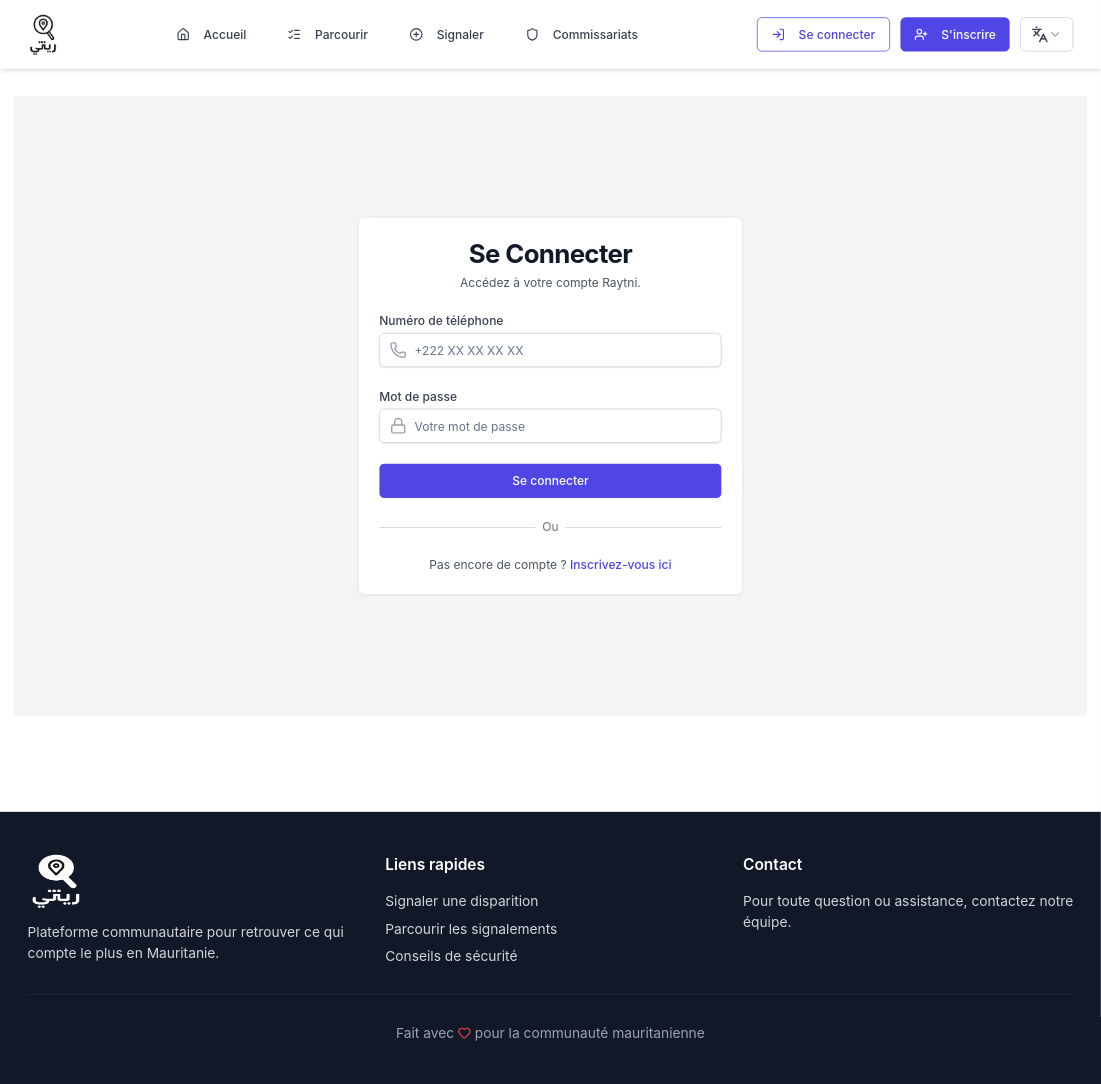
Repository: DahSidiAbdallah/Raytni
Page: /signin
The author's editor kept a copy of each file at every save. The page is drawn from the files as they stood at one save, then again after the next save.
The browser window is 1280 px wide. The pictures show the whole page, at 86% of full size.
The project was rebuilt for these pictures with package versions that can differ from the ones it lists, and the page was loaded fresh each time. Also part of the build but not shown: vite.config.ts, src/components/ui/tooltip.tsx, src/components/HeroSection.tsx, src/components/ui/textarea.tsx, src/components/CreatePostForm.tsx, src/components/LoadingSpinner.tsx, src/pages/Index.tsx, src/pages/NotFound.tsx and 8 more.

Above is the page before, as saved 2025-05-29 09:26:03.

### index.html
<!DOCTYPE html>
<html lang="en">
  <head>
    <meta charset="UTF-8" />
    <meta name="viewport" content="width=device-width, initial-scale=1.0" />
    <title>Raytni</title>
    <link rel="icon" type="image/png" href="/logo.png"/>
    <link rel="stylesheet" href="https://cdnjs.cloudflare.com/ajax/libs/font-awesome/6.0.0-beta3/css/all.min.css">
    <meta name="description" content="Lovable Generated Project" />
    <meta name="author" content="Lovable" />

    <meta property="og:title" content="mauritania-find-it-now" />
    <meta property="og:description" content="Lovable Generated Project" />
    <meta property="og:type" content="website" />
    <meta property="og:image" content="https://lovable.dev/opengraph-image-p98pqg.png" />

    <meta name="twitter:card" content="summary_large_image" />
    <meta name="twitter:site" content="@lovable_dev" />
    <meta name="twitter:image" content="https://lovable.dev/opengraph-image-p98pqg.png" />
  </head>

  <body>
    <div id="root"></div>
    <!-- IMPORTANT: DO NOT REMOVE THIS SCRIPT TAG OR THIS VERY COMMENT! -->
    <script src="https://cdn.gpteng.co/gptengineer.js" type="module"></script>
    <script type="module" src="/src/main.tsx"></script>
  </body>
</html>

### src/main.tsx

import { createRoot } from 'react-dom/client'
import AppWrapper from './AppWrapper.tsx'
import './index.css'

createRoot(document.getElementById("root")!).render(<AppWrapper />);

### src/AppWrapper.tsx

import { LanguageProvider } from './contexts/LanguageContext';
import App from './App';

const AppWrapper = () => {
  return (
    <LanguageProvider>
      <App />
    </LanguageProvider>
  );
};

export default AppWrapper;

### src/App.tsx
import { Toaster } from "@/components/ui/toaster";
import { Toaster as Sonner } from "@/components/ui/sonner";
import { TooltipProvider } from "@/components/ui/tooltip";
import { QueryClient, QueryClientProvider } from "@tanstack/react-query";
import { BrowserRouter, Routes, Route } from "react-router-dom";
import Index from "./pages/Index";
import NotFound from "./pages/NotFound";
import PolicePage from './pages/Police';
import CreatePostPage from './pages/CreatePostPage';
import SafetyTipsPage from './pages/SafetyTipsPage';
import BrowsePage from './pages/BrowsePage';
import SignInPage from './pages/SignInPage';
import SignUpPage from './pages/SignUpPage';
import MainLayout from './components/MainLayout';

const queryClient = new QueryClient();

const App = () => (
  <QueryClientProvider client={queryClient}>
    <TooltipProvider>
      <Toaster />
      <Sonner />
      <BrowserRouter>
        <Routes>
          <Route path="/" element={<Index />} />
          <Route path="/police" element={<MainLayout><PolicePage /></MainLayout>} />
          <Route path="/create-post" element={<CreatePostPage />} />
          <Route path="/safety-tips" element={<SafetyTipsPage />} />
          <Route path="/browse" element={<BrowsePage />} />
          <Route path="/signin" element={<MainLayout><SignInPage /></MainLayout>} />
          <Route path="/signup" element={<MainLayout><SignUpPage /></MainLayout>} />
          {/* ADD ALL CUSTOM ROUTES ABOVE THE CATCH-ALL "*" ROUTE */}
          <Route path="*" element={<NotFound />} />
        </Routes>
      </BrowserRouter>
    </TooltipProvider>
  </QueryClientProvider>
);

export default App;

### src/components/ui/toaster.tsx
import { useToast } from "@/hooks/use-toast"
import {
  Toast,
  ToastClose,
  ToastDescription,
  ToastProvider,
  ToastTitle,
  ToastViewport,
} from "@/components/ui/toast"

export function Toaster() {
  const { toasts } = useToast()

  return (
    <ToastProvider>
      {toasts.map(function ({ id, title, description, action, ...props }) {
        return (
          <Toast key={id} {...props}>
            <div className="grid gap-1">
              {title && <ToastTitle>{title}</ToastTitle>}
              {description && (
                <ToastDescription>{description}</ToastDescription>
              )}
            </div>
            {action}
            <ToastClose />
          </Toast>
        )
      })}
      <ToastViewport />
    </ToastProvider>
  )
}

### src/components/ui/sonner.tsx
import { useTheme } from "next-themes"
import { Toaster as Sonner, toast } from "sonner"

type ToasterProps = React.ComponentProps<typeof Sonner>

const Toaster = ({ ...props }: ToasterProps) => {
  const { theme = "system" } = useTheme()

  return (
    <Sonner
      theme={theme as ToasterProps["theme"]}
      className="toaster group"
      toastOptions={{
        classNames: {
          toast:
            "group toast group-[.toaster]:bg-background group-[.toaster]:text-foreground group-[.toaster]:border-border group-[.toaster]:shadow-lg",
          description: "group-[.toast]:text-muted-foreground",
          actionButton:
            "group-[.toast]:bg-primary group-[.toast]:text-primary-foreground",
          cancelButton:
            "group-[.toast]:bg-muted group-[.toast]:text-muted-foreground",
        },
      }}
      {...props}
    />
  )
}

export { Toaster, toast }

### src/pages/SignInPage.tsx
import React, { useState } from 'react';
import { Link, useNavigate } from 'react-router-dom';
import { Button } from '@/components/ui/button';
import { Card, CardContent, CardDescription, CardFooter, CardHeader, CardTitle } from '@/components/ui/card';
import { Input } from '@/components/ui/input';
import { Label } from '@/components/ui/label';
import { useLanguage } from '@/contexts/LanguageContext';
import { Phone, Lock } from 'lucide-react';

const SignInPage = () => {
  const navigate = useNavigate();
  const { t } = useLanguage();
  const [phone, setPhone] = useState('');
  const [password, setPassword] = useState('');
  const [error, setError] = useState('');
  const [isLoading, setIsLoading] = useState(false);

  const handleSignIn = async (e: React.FormEvent) => {
    e.preventDefault();
    setIsLoading(true);
    setError('');
    // Simulate API call
    await new Promise(resolve => setTimeout(resolve, 1500));
    setIsLoading(false);
    // Basic validation for demonstration
    if (phone === 'test' && password === 'test') {
      console.log('Signed in');
      // TODO: Implement actual sign-in logic (e.g., save token, redirect)
      navigate('/'); // Redirect to home or dashboard
    } else {
      setError(t('page.signin.error'));
    }
  };

  return (
    <div className="min-h-screen flex flex-col items-center justify-center bg-gray-100 py-12 px-4 sm:px-6 lg:px-8">
      <Card className="w-full max-w-md">
        <CardHeader className="text-center">
          <CardTitle className="text-3xl font-bold tracking-tight text-gray-900">{t('page.signin.title')}</CardTitle>
          <CardDescription className="mt-2 text-sm text-gray-600">
            {t('page.signin.description')}
          </CardDescription>
        </CardHeader>
        <CardContent>
          <form onSubmit={handleSignIn} className="space-y-6">
            <div>
              <Label htmlFor="phone" className="block text-sm font-medium text-gray-700">{t('page.signin.phoneLabel')}</Label>
              <div className="mt-1 relative rounded-md shadow-sm">
                <div className="absolute inset-y-0 left-0 pl-3 flex items-center pointer-events-none">
                  <Phone className="h-5 w-5 text-gray-400" aria-hidden="true" />
                </div>
                <Input
                  id="phone"
                  name="phone"
                  type="tel" // Changed to tel for better mobile UX
                  autoComplete="tel"
                  required
                  value={phone}
                  onChange={(e) => setPhone(e.target.value)}
                  className="appearance-none block w-full px-3 py-2 pl-10 border border-gray-300 rounded-md shadow-sm placeholder-gray-400 focus:outline-none focus:ring-indigo-500 focus:border-indigo-500 sm:text-sm"
                  placeholder="+222 XX XX XX XX" // Placeholder might be kept as is for format example
                />
              </div>
            </div>

            <div>
              <Label htmlFor="password" className="block text-sm font-medium text-gray-700">{t('page.signin.passwordLabel')}</Label>
              <div className="mt-1 relative rounded-md shadow-sm">
                <div className="absolute inset-y-0 left-0 pl-3 flex items-center pointer-events-none">
                  <Lock className="h-5 w-5 text-gray-400" aria-hidden="true" />
                </div>
                <Input
                  id="password"
                  name="password"
                  type="password"
                  autoComplete="current-password"
                  required
                  value={password}
                  onChange={(e) => setPassword(e.target.value)}
                  className="appearance-none block w-full px-3 py-2 pl-10 border border-gray-300 rounded-md shadow-sm placeholder-gray-400 focus:outline-none focus:ring-indigo-500 focus:border-indigo-500 sm:text-sm"
                  placeholder={t('page.signin.passwordPlaceholder')}
                />
              </div>
            </div>

            {error && (
              <p className="text-sm text-red-600 text-center">{error}</p>
            )}

            <div>
              <Button type="submit" className="w-full flex justify-center py-2 px-4 border border-transparent rounded-md shadow-sm text-sm font-medium text-white bg-indigo-600 hover:bg-indigo-700 focus:outline-none focus:ring-2 focus:ring-offset-2 focus:ring-indigo-500" disabled={isLoading}>
                {isLoading ? t('page.signin.loadingButton') : t('page.signin.button')}
              </Button>
            </div>
          </form>

          <div className="mt-6">
            <div className="relative">
              <div className="absolute inset-0 flex items-center">
                <div className="w-full border-t border-gray-300" />
              </div>
              <div className="relative flex justify-center text-sm">
                <span className="px-2 bg-white text-gray-500">{t('page.signin.orSeparator')}</span>
              </div>
            </div>

            <div className="mt-6 text-center">
              <p className="text-sm text-gray-600">
                {t('page.signin.noAccount')}{' '}
                <Link to="/signup" className="font-medium text-indigo-600 hover:text-indigo-500">
                  {t('page.signin.signUpLink')}
                </Link>
              </p>
            </div>
          </div>
        </CardContent>
      </Card>
    </div>
  );
};

export default SignInPage;

### src/components/MainLayout.tsx
import React, { ReactNode } from 'react';
import Header from '@/components/Header';
import Footer from '@/components/Footer';
import { useNavigate } from 'react-router-dom';

interface MainLayoutProps {
  children: ReactNode;
}

const MainLayout = ({ children }: MainLayoutProps) => {
  const navigate = useNavigate();

  const handleCreatePost = () => {
    console.log('Navigate to create post');
    navigate('/create-post');
  };

  const handleViewBrowse = () => {
    console.log('Navigate to browse');
    navigate('/browse');
  };

  const handleViewHome = () => {
    console.log('Navigate to home');
    navigate('/');
  };

  return (
    <div className="flex flex-col min-h-screen">
      <Header
        onCreatePost={handleCreatePost}
        onViewBrowse={handleViewBrowse}
        onViewHome={handleViewHome}
      />
      <main className="flex-grow container mx-auto px-4 py-8">
        {children}
      </main>
      <Footer />
    </div>
  );
};

export default MainLayout;

### src/components/Footer.tsx
import { MapPin, Heart } from "lucide-react";
import footer from "../../public/footer.png";
import { Link } from "react-router-dom";

const Footer = () => {
  return (
    <footer className="bg-gray-900 text-white py-12 mt-20">
      <div className="max-w-7xl mx-auto px-4 sm:px-6 lg:px-8">
        <div className="grid md:grid-cols-3 gap-8">
          <div>
            <div className="flex items-center mb-4">
              <img src={footer} alt="Logo" className="h-16 w-16" />


            </div>
            <p className="text-gray-300">
              Plateforme communautaire pour retrouver ce qui compte le plus en Mauritanie.
            </p>
          </div>

          <div>
            <h3 className="text-lg font-semibold mb-4">Liens rapides</h3>
            <ul className="space-y-2 text-gray-300">
              <li><Link to="/create-post" className="hover:text-white transition-colors">Signaler une disparition</Link></li>
              <li><Link to="/browse" className="hover:text-white transition-colors">Parcourir les signalements</Link></li>
              <li><Link to="/safety-tips" className="hover:text-white transition-colors">Conseils de sécurité</Link></li>
            </ul>
          </div>

          <div>
            <h3 className="text-lg font-semibold mb-4">Contact</h3>
            <p className="text-gray-300">
              Pour toute question ou assistance, contactez notre équipe.
            </p>
          </div>
        </div>

        <div className="border-t border-gray-800 mt-8 pt-8 text-center text-gray-400">
          <p className="flex items-center justify-center">
            Fait avec <Heart className="h-4 w-4 mx-1 text-red-500" /> pour la communauté mauritanienne
          </p>
        </div>
      </div>
    </footer>
  );
};

export default Footer;

### src/components/ui/card.tsx
import * as React from "react"

import { cn } from "@/lib/utils"

const Card = React.forwardRef<
  HTMLDivElement,
  React.HTMLAttributes<HTMLDivElement>
>(({ className, ...props }, ref) => (
  <div
    ref={ref}
    className={cn(
      "rounded-lg border bg-card text-card-foreground shadow-sm",
      className
    )}
    {...props}
  />
))
Card.displayName = "Card"

const CardHeader = React.forwardRef<
  HTMLDivElement,
  React.HTMLAttributes<HTMLDivElement>
>(({ className, ...props }, ref) => (
  <div
    ref={ref}
    className={cn("flex flex-col space-y-1.5 p-6", className)}
    {...props}
  />
))
CardHeader.displayName = "CardHeader"

const CardTitle = React.forwardRef<
  HTMLParagraphElement,
  React.HTMLAttributes<HTMLHeadingElement>
>(({ className, ...props }, ref) => (
  <h3
    ref={ref}
    className={cn(
      "text-2xl font-semibold leading-none tracking-tight",
      className
    )}
    {...props}
  />
))
CardTitle.displayName = "CardTitle"

const CardDescription = React.forwardRef<
  HTMLParagraphElement,
  React.HTMLAttributes<HTMLParagraphElement>
>(({ className, ...props }, ref) => (
  <p
    ref={ref}
    className={cn("text-sm text-muted-foreground", className)}
    {...props}
  />
))
CardDescription.displayName = "CardDescription"

const CardContent = React.forwardRef<
  HTMLDivElement,
  React.HTMLAttributes<HTMLDivElement>
>(({ className, ...props }, ref) => (
  <div ref={ref} className={cn("p-6 pt-0", className)} {...props} />
))
CardContent.displayName = "CardContent"

const CardFooter = React.forwardRef<
  HTMLDivElement,
  React.HTMLAttributes<HTMLDivElement>
>(({ className, ...props }, ref) => (
  <div
    ref={ref}
    className={cn("flex items-center p-6 pt-0", className)}
    {...props}
  />
))
CardFooter.displayName = "CardFooter"

export { Card, CardHeader, CardFooter, CardTitle, CardDescription, CardContent }

### src/components/ui/input.tsx
import * as React from "react"

import { cn } from "@/lib/utils"

const Input = React.forwardRef<HTMLInputElement, React.ComponentProps<"input">>(
  ({ className, type, ...props }, ref) => {
    return (
      <input
        type={type}
        className={cn(
          "flex h-10 w-full rounded-md border border-input bg-background px-3 py-2 text-base ring-offset-background file:border-0 file:bg-transparent file:text-sm file:font-medium file:text-foreground placeholder:text-muted-foreground focus-visible:outline-none focus-visible:ring-2 focus-visible:ring-ring focus-visible:ring-offset-2 disabled:cursor-not-allowed disabled:opacity-50 md:text-sm",
          className
        )}
        ref={ref}
        {...props}
      />
    )
  }
)
Input.displayName = "Input"

export { Input }

### src/components/ui/label.tsx
import * as React from "react"
import * as LabelPrimitive from "@radix-ui/react-label"
import { cva, type VariantProps } from "class-variance-authority"

import { cn } from "@/lib/utils"

const labelVariants = cva(
  "text-sm font-medium leading-none peer-disabled:cursor-not-allowed peer-disabled:opacity-70"
)

const Label = React.forwardRef<
  React.ElementRef<typeof LabelPrimitive.Root>,
  React.ComponentPropsWithoutRef<typeof LabelPrimitive.Root> &
    VariantProps<typeof labelVariants>
>(({ className, ...props }, ref) => (
  <LabelPrimitive.Root
    ref={ref}
    className={cn(labelVariants(), className)}
    {...props}
  />
))
Label.displayName = LabelPrimitive.Root.displayName

export { Label }

### src/lib/firebase.ts
// src/lib/firebase.ts
import { initializeApp } from "firebase/app";
import { getAuth } from "firebase/auth";
import { getFirestore } from "firebase/firestore";
import { getStorage } from "firebase/storage";

// Your web app's Firebase configuration
// For Firebase JS SDK v7.20.0 and later, measurementId is optional
const firebaseConfig = {
    apiKey: "AIzaSyC2omn-M8ImhB1-6I3aJ-a-sl_3YfDTUxo",
    authDomain: "raytni-504cf.firebaseapp.com",
    projectId: "raytni-504cf",
    storageBucket: "raytni-504cf.firebasestorage.app",
    messagingSenderId: "430221151219",
    appId: "1:430221151219:web:5a667d03eb396ed9d76086",
    measurementId: "G-PC17ZLG9RK"
  };

const app = initializeApp(firebaseConfig);

export const auth = getAuth(app);
export const db = getFirestore(app);
export const storage = getStorage(app);

Loaded but not shown: src/hooks/use-toast.ts (common file); src/lib/utils.ts (common file); tailwind.config.ts (common file); src/contexts/LanguageContext.tsx (218 lines, source omitted); src/components/Header.tsx (124 lines, source omitted); src/components/ui/select.tsx (158 lines, source omitted); src/components/ui/toast.tsx (127 lines, source omitted); src/components/ui/sheet.tsx (130 lines, source omitted); src/index.css (164 lines, source omitted); src/components/ui/button.tsx (56 lines, source omitted)

After the next save:
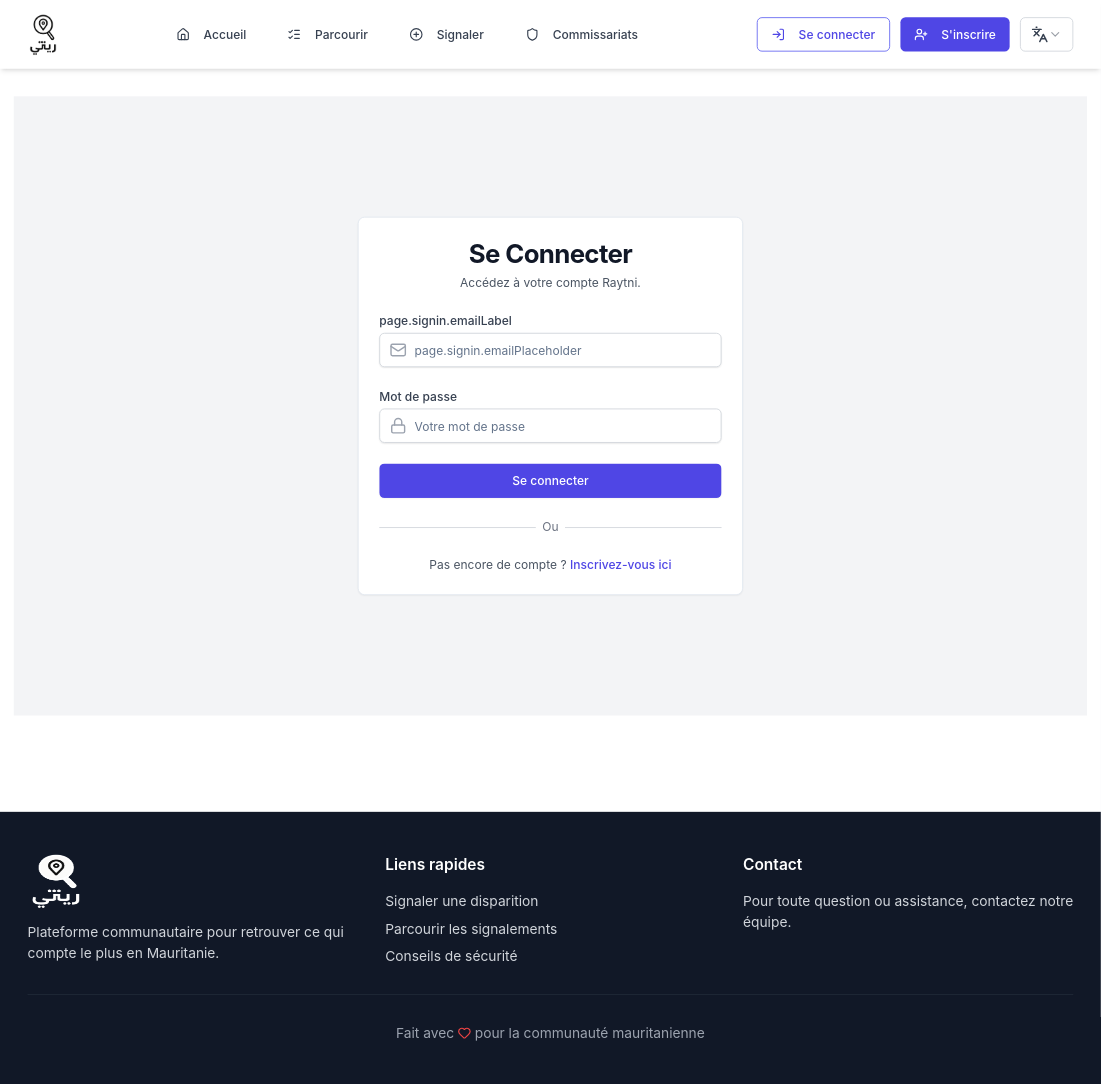
Saved 21 s later.
--- a/src/pages/SignInPage.tsx
+++ b/src/pages/SignInPage.tsx
@@ -5,12 +5,14 @@
 import { Input } from '@/components/ui/input';
 import { Label } from '@/components/ui/label';
 import { useLanguage } from '@/contexts/LanguageContext';
-import { Phone, Lock } from 'lucide-react';
+import { Mail, Lock, AlertCircle } from 'lucide-react';
+import { auth } from '@/lib/firebase';
+import { signInWithEmailAndPassword } from 'firebase/auth';
 
 const SignInPage = () => {
   const navigate = useNavigate();
   const { t } = useLanguage();
-  const [phone, setPhone] = useState('');
+  const [email, setEmail] = useState('');
   const [password, setPassword] = useState('');
   const [error, setError] = useState('');
   const [isLoading, setIsLoading] = useState(false);
@@ -19,16 +21,19 @@
     e.preventDefault();
     setIsLoading(true);
     setError('');
-    // Simulate API call
-    await new Promise(resolve => setTimeout(resolve, 1500));
-    setIsLoading(false);
-    // Basic validation for demonstration
-    if (phone === 'test' && password === 'test') {
-      console.log('Signed in');
-      // TODO: Implement actual sign-in logic (e.g., save token, redirect)
-      navigate('/'); // Redirect to home or dashboard
-    } else {
-      setError(t('page.signin.error'));
+
+    try {
+      await signInWithEmailAndPassword(auth, email, password);
+      setIsLoading(false);
+      navigate('/browse');
+    } catch (err: any) {
+      setIsLoading(false);
+      if (err.code === 'auth/user-not-found' || err.code === 'auth/wrong-password' || err.code === 'auth/invalid-credential') {
+        setError(t('page.signin.invalidCredentialsError'));
+      } else {
+        setError(t('page.signin.error') + (err.message ? `: ${err.message}` : ''));
+      }
+      console.error('Sign in error:', err);
     }
   };
 
@@ -44,21 +49,21 @@
         <CardContent>
           <form onSubmit={handleSignIn} className="space-y-6">
             <div>
-              <Label htmlFor="phone" className="block text-sm font-medium text-gray-700">{t('page.signin.phoneLabel')}</Label>
+              <Label htmlFor="email" className="block text-sm font-medium text-gray-700">{t('page.signin.emailLabel')}</Label>
               <div className="mt-1 relative rounded-md shadow-sm">
                 <div className="absolute inset-y-0 left-0 pl-3 flex items-center pointer-events-none">
-                  <Phone className="h-5 w-5 text-gray-400" aria-hidden="true" />
+                  <Mail className="h-5 w-5 text-gray-400" aria-hidden="true" />
                 </div>
                 <Input
-                  id="phone"
-                  name="phone"
-                  type="tel" // Changed to tel for better mobile UX
-                  autoComplete="tel"
+                  id="email"
+                  name="email"
+                  type="email"
+                  autoComplete="email"
                   required
-                  value={phone}
-                  onChange={(e) => setPhone(e.target.value)}
+                  value={email}
+                  onChange={(e) => setEmail(e.target.value)}
                   className="appearance-none block w-full px-3 py-2 pl-10 border border-gray-300 rounded-md shadow-sm placeholder-gray-400 focus:outline-none focus:ring-indigo-500 focus:border-indigo-500 sm:text-sm"
-                  placeholder="+222 XX XX XX XX" // Placeholder might be kept as is for format example
+                  placeholder={t('page.signin.emailPlaceholder')}
                 />
               </div>
             </div>
@@ -84,7 +89,16 @@
             </div>
 
             {error && (
-              <p className="text-sm text-red-600 text-center">{error}</p>
+              <div className="rounded-md bg-red-50 p-4">
+                <div className="flex">
+                  <div className="flex-shrink-0">
+                    <AlertCircle className="h-5 w-5 text-red-400" aria-hidden="true" />
+                  </div>
+                  <div className="ml-3">
+                    <p className="text-sm font-medium text-red-800">{error}</p>
+                  </div>
+                </div>
+              </div>
             )}
 
             <div>
